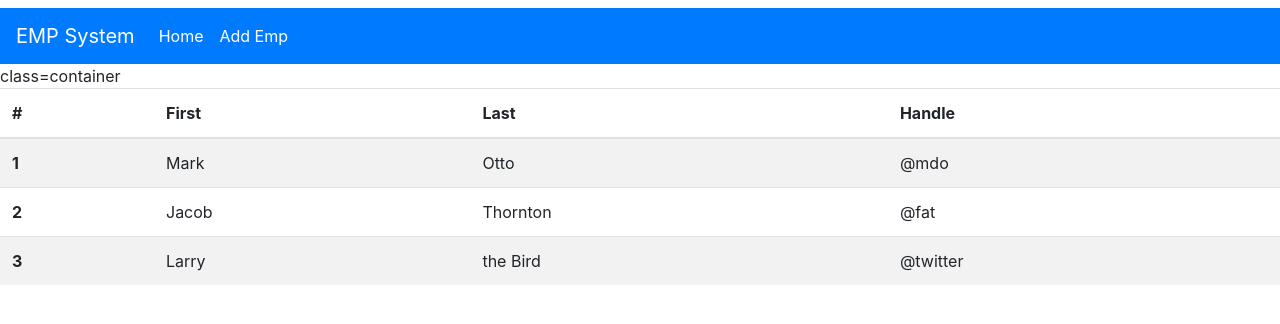
Repository: prateek-000/Employee_management
Page: http://localhost/index
An editor plug-in stored every save of this project. The page is shown before and after the next save, followed by the edit.
The browser window is 1280 px wide. The pictures show the whole page.
Some web libraries are served in a nearby version. The page is this project's Thymeleaf template; nobody is signed in. The template is opened directly, without the code that normally fills it, so the values that code supplies are empty.

Above is the page before, as saved 2023-01-26 22:37:09.

### Employee_M/src/main/resources/templates/index.html
<!doctype html>
<html lang="en">
  <head>
    <!-- Required meta tags -->
    <meta charset="utf-8">
    <meta name="viewport" content="width=device-width, initial-scale=1, shrink-to-fit=no">

    <!-- Bootstrap CSS -->
    <link rel="stylesheet" href="https://cdn.jsdelivr.net/npm/bootstrap@4.0.0/dist/css/bootstrap.min.css" integrity="sha384-Gn5384xqQ1aoWXA+058RXPxPg6fy4IWvTNh0E263XmFcJlSAwiGgFAW/dAiS6JXm" crossorigin="anonymous">

    <title>Helo</title>
  </head>
  <body>
    <h1>
</h1>



<nav class="navbar navbar-expand-lg navbar-dark bg-primary">
  <a class="navbar-brand" href="#">EMP System</a>
  <button class="navbar-toggler" type="button" data-toggle="collapse" data-target="#navbarSupportedContent" aria-controls="navbarSupportedContent" aria-expanded="false" aria-label="Toggle navigation">
    <span class="navbar-toggler-icon"></span>
  </button>

  <div class="collapse navbar-collapse" id="navbarSupportedContent">
    <ul class="navbar-nav mr-auto">
      <li class="nav-item active">
        <a class="nav-link" href="#">Home <span class="sr-only">(current)</span></a>
      </li>


      <li class="nav-item">
        <a class="nav-link active" href="#">Add Emp</a>
      </li>
    </ul>

  </div>
</nav>

<div> class=container

<table class="table table-striped">
  <thead>
    <tr>
      <th scope="col">#</th>
      <th scope="col">First</th>
      <th scope="col">Last</th>
      <th scope="col">Handle</th>
    </tr>
  </thead>
  <tbody>
    <tr>
      <th scope="row">1</th>
      <td>Mark</td>
      <td>Otto</td>
      <td>@mdo</td>
    </tr>
    <tr>
      <th scope="row">2</th>
      <td>Jacob</td>
      <td>Thornton</td>
      <td>@fat</td>
    </tr>
    <tr>
      <th scope="row">3</th>
      <td>Larry</td>
      <td>the Bird</td>
      <td>@twitter</td>
    </tr>
  </tbody>
</table>

</div>

    <!-- Optional JavaScript -->
    <!-- jQuery first, then Popper.js, then Bootstrap JS -->
    <script src="https://code.jquery.com/jquery-3.2.1.slim.min.js" integrity="sha384-KJ3o2DKtIkvYIK3UENzmM7KCkRr/rE9/Qpg6aAZGJwFDMVNA/GpGFF93hXpG5KkN" crossorigin="anonymous"></script>
    <script src="https://cdn.jsdelivr.net/npm/popper.js@1.12.9/dist/umd/popper.min.js" integrity="sha384-ApNbgh9B+Y1QKtv3Rn7W3mgPxhU9K/ScQsAP7hUibX39j7fakFPskvXusvfa0b4Q" crossorigin="anonymous"></script>
    <script src="https://cdn.jsdelivr.net/npm/bootstrap@4.0.0/dist/js/bootstrap.min.js" integrity="sha384-JZR6Spejh4U02d8jOt6vLEHfe/JQGiRRSQQxSfFWpi1MquVdAyjUar5+76PVCmYl" crossorigin="anonymous"></script>
  </body>
</html>

After the next save:
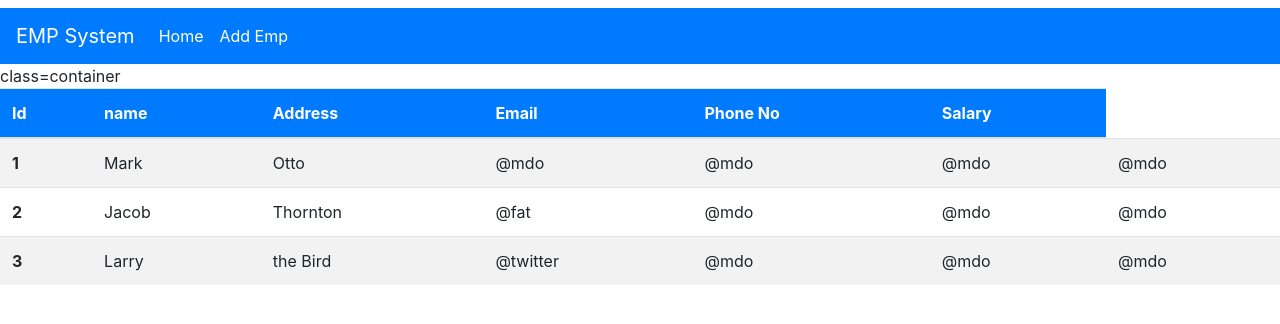
Saved 3 min 46 s later.
--- a/Employee_M/src/main/resources/templates/index.html
+++ b/Employee_M/src/main/resources/templates/index.html
@@ -40,12 +40,14 @@
 <div> class=container
 
 <table class="table table-striped">
-  <thead>
+  <thead class="bg-primary text-white">
     <tr>
-      <th scope="col">#</th>
-      <th scope="col">First</th>
-      <th scope="col">Last</th>
-      <th scope="col">Handle</th>
+      <th scope="col">Id</th>
+      <th scope="col">name</th>
+      <th scope="col">Address</th>
+      <th scope="col">Email</th>
+      <th scope="col">Phone No</th>
+      <th scope="col">Salary</th>
     </tr>
   </thead>
   <tbody>
@@ -54,18 +56,27 @@
       <td>Mark</td>
       <td>Otto</td>
       <td>@mdo</td>
+      <td>@mdo</td>
+      <td>@mdo</td>
+      <td>@mdo</td>
     </tr>
     <tr>
       <th scope="row">2</th>
       <td>Jacob</td>
       <td>Thornton</td>
       <td>@fat</td>
+      <td>@mdo</td>
+      <td>@mdo</td>
+      <td>@mdo</td>
     </tr>
     <tr>
       <th scope="row">3</th>
       <td>Larry</td>
       <td>the Bird</td>
       <td>@twitter</td>
+      <td>@mdo</td>
+      <td>@mdo</td>
+      <td>@mdo</td>
     </tr>
   </tbody>
 </table>
